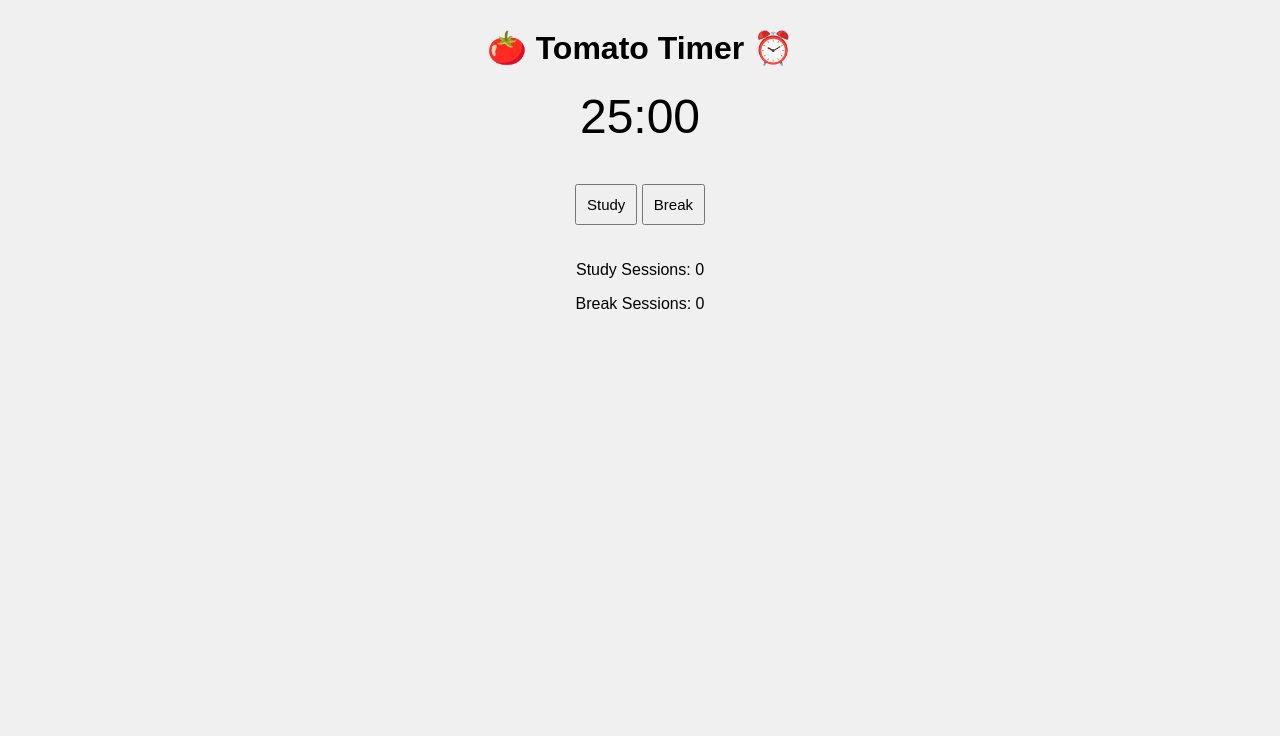
Repository: valentinaarojas/tomato-timer
Page: index.html
These files come from the project's save history. The page is drawn as it stood at one moment and after a run of saves; the edit follows.
The browser window is 1280 px wide. The pictures show the whole page.

Above is the page before, as saved 2025-02-06 20:09:55.

After the next 2 saves:
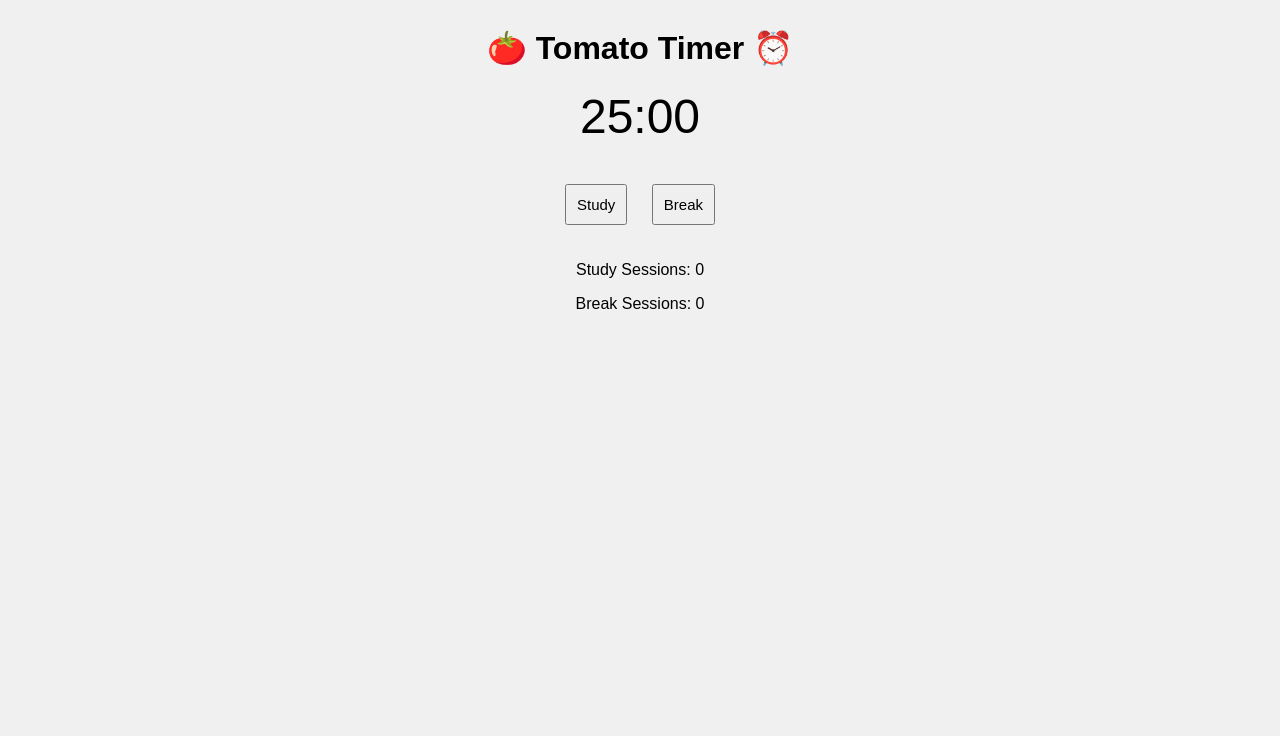
The 2 saves are shown as one change because they came seconds apart.
The last was saved 6 s later.
--- a/styles.css
+++ b/styles.css
@@ -18,6 +18,6 @@ body {
 
 #buttons button {
     font-size: 15px;
-    margin: 20px 0;
+    margin: 20px 10px;
     padding: 10px;
 }
